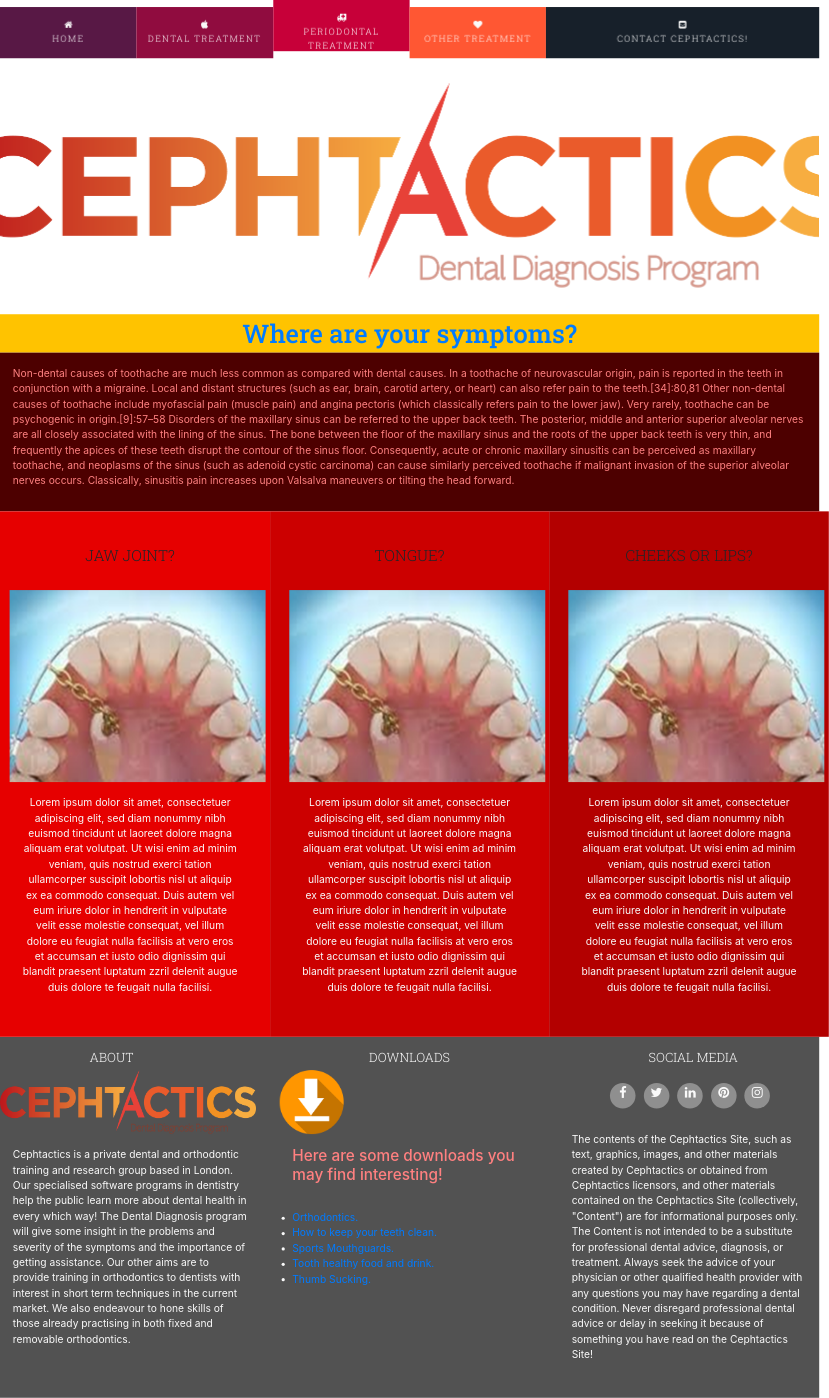
Repository: Code-Institute-Submissions/Rajjabbal-milestone-project
Page: 3other.html
The author's editor kept a record of every edit. The page is drawn from the files as they stood at one moment, then again after the next edit.
The browser window is 1280 px wide. The page is 1295 px wide, so the pictures cover 1295 px, including what lies to the right of the window. The pictures show the whole page, at 64% of full size.
Some web libraries are served in a nearby version.

Above is the page before.

### 3other.html
<!DOCTYPE html>
<html lang="en">

<head>
    <meta charset="UTF-8">
    <meta name="viewport" content="width=device-width, initial-scale=1.0">
    <meta http-equiv="X-UA-Compatible" content="ie=edge">
    <link rel="stylesheet" href="https://stackpath.bootstrapcdn.com/bootstrap/4.2.1/css/bootstrap.min.css" type="text/css" />
    <link rel="stylesheet" href="https://stackpath.bootstrapcdn.com/font-awesome/4.7.0/css/font-awesome.min.css" type="text/css" />
    <link rel="stylesheet" href="assets/css/style.css" type="text/css" />
    <link rel="stylesheet" href="https://cdnjs.cloudflare.com/ajax/libs/hover.css/2.3.1/css/hover-min.css" type="text/css" />
    <title>Milestone Project 1</title>
</head>

<body>
    <header>
        <div class="row no-gutters">
            <div class="col-md-12">
                <ul id="nav" class="list-inline menucontainer">
                    <li class="col-sm-2 ui-menu-color-home list-inline-item menuitem">
                        <a href="#" class="hvr-sweep-to-bottom"><i class="fa fa-home" aria-hidden="true"></i><span>Home</span>
                        </a>
                    </li>
                    <li class="col-sm-2 ui-menu-color-dental list-inline-item menuitem">
                        <a href="#" class="hvr-sweep-to-bottom"><i class="fa fa-apple" aria-hidden="true"></i><span>Dental Treatment</span>
                        </a>
                    </li>
                    <li class="col-sm-2 ui-menu-color-periodontal list-inline-item menuitem">
                        <a href="#" class="hvr-sweep-to-bottom"><i class="fa fa-ambulance" aria-hidden="true"></i><span>Periodontal Treatment</span>
                        </a>
                    </li>
                    <li class="col-sm-2 ui-menu-color-other list-inline-item menuitem">
                        <a href="#" class="hvr-sweep-to-bottom"><i class="fa fa-heart" aria-hidden="true"></i><span>Other Treatment</span>
                        </a>
                    </li>
                    <li class="col-sm-4 ui-menu-color-contact list-inline-item menuitem">
                        <a href="#" class="hvr-sweep-to-bottom"><i class="fa fa-envelope-square" aria-hidden="true"></i><span>Contact Cephtactics!</span>
                        </a>
                    </li>
                </ul>
            </div>
        </div>
        <div class="row no-gutters">
            <a href="index.html" class="col-md-12 logo"></a>
        </div>
        <div class="row no-gutters bg-color-question">
            <div class="col-md-12 question">
                <a href="question"> Where are your symptoms?</a>
            </div>
        </div>

    </header>

    <section class="container-fluid">
        <div class="blurb">
            <p>Non-dental causes of toothache are much less common as compared with dental causes. In a toothache of neurovascular origin, pain is reported in the teeth in conjunction with a migraine. Local and distant structures (such as ear, brain, carotid
                artery, or heart) can also refer pain to the teeth.[34]:80,81 Other non-dental causes of toothache include myofascial pain (muscle pain) and angina pectoris (which classically refers pain to the lower jaw). Very rarely, toothache can be
                psychogenic in origin.[9]:57–58 Disorders of the maxillary sinus can be referred to the upper back teeth. The posterior, middle and anterior superior alveolar nerves are all closely associated with the lining of the sinus. The bone between
                the floor of the maxillary sinus and the roots of the upper back teeth is very thin, and frequently the apices of these teeth disrupt the contour of the sinus floor. Consequently, acute or chronic maxillary sinusitis can be perceived as
                maxillary toothache, and neoplasms of the sinus (such as adenoid cystic carcinoma) can cause similarly perceived toothache if malignant invasion of the superior alveolar nerves occurs. Classically, sinusitis pain increases
                upon Valsalva maneuvers or tilting the head forward.
            </p>
        </div>

        <div class="row">
            <div class="col-md-4 bg-color-dental section-column">
                <h4 class="section-heading uppercase">Jaw Joint?</h4>
                <img src="./assets/images/Image.png" alt="Italian Trulli" style="width:400px; height:300px;">
                <p class="inline-block">Lorem ipsum dolor sit amet, consectetuer adipiscing elit, sed diam nonummy nibh euismod tincidunt ut laoreet dolore magna aliquam erat volutpat. Ut wisi enim ad minim veniam, quis nostrud exerci tation ullamcorper suscipit lobortis nisl
                    ut aliquip ex ea commodo consequat. Duis autem vel eum iriure dolor in hendrerit in vulputate velit esse molestie consequat, vel illum dolore eu feugiat nulla facilisis at vero eros et accumsan et iusto odio dignissim qui blandit praesent
                    luptatum zzril delenit augue duis dolore te feugait nulla facilisi.</p>
            </div>
            <div class="col-md-4 bg-color-periodontal section-column">
                <h4 class="section-heading uppercase">Tongue?</h4>
                <img src="./assets/images/Image.png" alt="Italian Trulli" style="width:400px; height:300px;">
                <p class="inline-block">Lorem ipsum dolor sit amet, consectetuer adipiscing elit, sed diam nonummy nibh euismod tincidunt ut laoreet dolore magna aliquam erat volutpat. Ut wisi enim ad minim veniam, quis nostrud exerci tation ullamcorper suscipit lobortis nisl
                    ut aliquip ex ea commodo consequat. Duis autem vel eum iriure dolor in hendrerit in vulputate velit esse molestie consequat, vel illum dolore eu feugiat nulla facilisis at vero eros et accumsan et iusto odio dignissim qui blandit praesent
                    luptatum zzril delenit augue duis dolore te feugait nulla facilisi.</p>
            </div>
            <div class="col-md-4 bg-color-other section-column">
                <h4 class="section-heading uppercase">Cheeks or lips?</h4>
                <img src="./assets/images/Image.png" alt="Italian Trulli" style="width:400px; height:300px;">
                <p class="inline-block">Lorem ipsum dolor sit amet, consectetuer adipiscing elit, sed diam nonummy nibh euismod tincidunt ut laoreet dolore magna aliquam erat volutpat. Ut wisi enim ad minim veniam, quis nostrud exerci tation ullamcorper suscipit lobortis nisl
                    ut aliquip ex ea commodo consequat. Duis autem vel eum iriure dolor in hendrerit in vulputate velit esse molestie consequat, vel illum dolore eu feugiat nulla facilisis at vero eros et accumsan et iusto odio dignissim qui blandit praesent
                    luptatum zzril delenit augue duis dolore te feugait nulla facilisi.</p>
            </div>
        </div>

    </section>

    <footer class="container-fluid">
        <div class="row">
            <div class="col-sm-4">
                <h5 class="uppercase general-sub">About</h5>
                <img src="./assets/images/CEP-Logo DENTAL.png" alt="Italian Trulli" style="width:400px; height:100px;">
                <p class="inline-block">
                    Cephtactics is a private dental and orthodontic training and research group based in London. Our specialised software programs in dentistry help the public learn more about dental health in every which way! The Dental Diagnosis program will give some
                    insight in the problems and severity of the symptoms and the importance of getting assistance. Our other aims are to provide training in orthodontics to dentists with interest in short term techniques in the current market. We also
                    endeavour to hone skills of those already practising in both fixed and removable orthodontics.
                </p>
            </div>
            <div class="col-sm-4">
                <h5 class="uppercase general-sub">Downloads</h5>
                <img src="./assets/images/Download.jpg" alt="Italian Trulli" style="width:100px; height:100px;">
                <h4 class="download">Here are some downloads you may find interesting!
                </h4>
                <ul class="inline-block">
                    <li>
                        <a href="https://view.publitas.com/british-orthodontic-society/orthotreatmentfebruary2019/page/1" target="_blank" class="link1">
                        <span>Orthodontics.</span>
                    </a>
                    </li>
                    <li>
                        <a href="https://view.publitas.com/british-orthodontic-society/oralhealthmarch2019/page/1" target="_blank" class="link2">
                        <span>How to keep your teeth clean.</span>
                    </a>
                    </li>
                    <li>
                        <a href="https://view.publitas.com/british-orthodontic-society/mouthguardsmarch2019/page/1" target="_blank" class="link3">
                        <span>Sports Mouthguards.</span>
                    </a>
                    </li>
                    <li>
                        <a href="https://view.publitas.com/british-orthodontic-society/food-and-drinkmarch2019/page/1" target="_blank" class="link4">
                        <span>Tooth healthy food and drink.</span>
                    </a>
                    </li>
                    <li>
                        <a href="https://view.publitas.com/british-orthodontic-society/digitsmarch2019/page/1" target="_blank" class="link5">
                        <span>Thumb Sucking.</span>
                    </a>
                    </li>
                </ul>
            </div>
            <div class="col-sm-4">
                <h5 class="uppercase general-sub">Social Media</h5>
                <ul class="list-inline social-links">
                    <li class="list-inline-item">
                        <a target="_blank" href="#">
                            <i class="fa fa-facebook" aria-hidden="true"></i>
                            <span class="sr-only">Facebook</span>
                        </a>
                    </li>
                    <li class="list-inline-item">
                        <a target="_blank" href="#">
                            <i class="fa fa-twitter" aria-hidden="true"></i>
                            <span class="sr-only">Twitter</span>
                        </a>
                    </li>
                    <li class="list-inline-item">
                        <a target="_blank" href="#">
                            <i class="fa fa-linkedin" aria-hidden="true"></i>
                            <span class="sr-only">Linkedin</span>
                        </a>
                    </li>
                    <li class="list-inline-item">
                        <a target="_blank" href="#">
                            <i class="fa fa-pinterest" aria-hidden="true"></i>
                            <span class="sr-only">Pinterest</span>
                        </a>
                    </li>
                    <li class="list-inline-item">
                        <a target="_blank" href="#">
                            <i class="fa fa-instagram" aria-hidden="true"></i>
                            <span class="sr-only">Instagram</span>
                        </a>
                    </li>
                </ul>
                <p class="inline-block">The contents of the Cephtactics Site, such as text, graphics, images, and other materials created by Cephtactics or obtained from Cephtactics licensors, and other materials contained on the Cephtactics Site (collectively, "Content") are
                    for informational purposes only. The Content is not intended to be a substitute for professional dental advice, diagnosis, or treatment. Always seek the advice of your physician or other qualified health provider with any questions
                    you may have regarding a dental condition. Never disregard professional dental advice or delay in seeking it because of something you have read on the Cephtactics Site!</p>
            </div>

        </div>

    </footer>

</body>

</html>

### assets/css/style.css
@import url('https://fonts.googleapis.com/css?family=Roboto+Slab:100,200,300,400,500,600,700');

/*-----colors-----*/

.bg-color-question {
    background-color: #FFC300;

}

.ui-menu-color-home {
    background-color: RGB(88, 24, 69);
}

.ui-menu-color-dental {
    background-color: RGB(144, 12, 63);
}

.ui-menu-color-periodontal {
    background-color: RGB(199, 0, 57);
}

.ui-menu-color-other {
    background-color: RGB(255, 87, 51);
}

.ui-menu-color-contact {
    background-color: RGB(23, 32, 42);
}

.bg-color-dental {
    background-color: #e60000;
}
.bg-color-periodontal {
    background-color: #cc0000;
}
.bg-color-other {
    background-color: #b30000;
}

/*-----Special paddings/margins/text-----*/

h1,
h2,
h3,
h4 {
    margin: 0;
}

.uppercase {
    text-transform: uppercase;

}

.general-sub {
    font-family: "Roboto Slab", sans-serif;
    font-weight: 300;
    color: #fafafa;
    padding-left: 140px;
}

.inline-block {
    display: inline-block;
}

.row-table {
    display: table;
}

.section-column {
    display: table-cell;
    padding: 30px 30px;
    float: none;
}

.section-heading {
    font-family: "Roboto Slab", sans-serif;
    font-weight: 300;
    margin-top: 25px;
    margin-bottom: 40px;
}

/*-----heading-----*/

header {
    margin: 0px;
}


.list-inline-item {
    max-height: 80px;
    padding-top: 20px;


}

.menucontainer {
    font-size: 0;

}

#nav {
    margin: 0;
}

#nav li {
    font-size: 14px;
    font-family: "Roboto Slab", sans-serif;
    color: #DAF7A6;
    padding: 0px;
    margin: 0px;
}

.menuitem {
    height: 80px;
    text-align: center;


}

.menuitem a {
    width: 100%;
    text-decoration: none;
    color: #fff;

}

.menuitem a i {
    padding-top: 20px;
    display: block;
    color: #fafafa;

}

.menuitem span {
    display: block;
    width: 100%;
    padding-top: 5px;
    text-align: center;
    text-transform: uppercase;
    font-size: 14px;
    font-weight: 300;
    letter-spacing: 2px;

}



.logo {
    background: url("../images/CEP-Logo DENTAL.png");
    background-position: center;
    background-repeat: no-repeat;
    background-size: 1400px;
    min-height: 400px;
    padding: 0px;
    transition: all .5s ease-in-out;
    -moz-transition: all .5s ease-in-out;
    -webkit-transition: all .5s ease-in-out;
}

.picture {
    background: url("../images/BK.jpg");
    background-position: center;
    background-repeat: no-repeat;
    background-size: cover;
    min-height: 240px;
    transition: all .5s ease-in-out;
    -moz-transition: .5s ease-in-out;
    -webkit-transition: .5s ease-in-out;
}

.question {
    font-family: "Roboto Slab", sans-serif;
    font-weight: 500;
    font-size: 40px;
    margin: 0px;
    color: #ffffff;
    text-align: center;
}

/*-----hover.css-----*/

.hvr-sweep-to-bottom:before {
    background: rgba(0, 0, 0, 1);
    height: 80px;
    padding: 0px;
}

/*-----section-----*/

.container-fluid {
    padding-left: 0px;
    padding-right: 0px;
}

.blurb {
    background-color: #4d0000;
    min-height: 200px;
    padding: 20px;
    color: #ff8080;

}

.section-column {
    text-align: center
}

.form {
    padding: 50px;
}

.query-box {
    background-color: RGB(255, 87, 51);
}

#textboxid
{
    height:200px;
    width: 800px;

}

/*-----footer-----*/

footer {
    padding: 20px;
    background-color: #525252;
    color: #fafafa;
    min-height: 180px;
    margin: 0;
}

.cephtactics {
    padding-left: 20px;
}

.inline-block {
    padding: 20px;
    color: #fafafa;
}

.download {
    padding: 20px;
    color: #ff8080;
}

.download-pic {
    padding-left: 150px;
}

.social-links {
    padding-top: 0px;
    padding-left: 80px;
}

.social-links li a i {
    width: 40px;
    height: 40px;
    padding: 12px 0;
    border-radius: 50%;
    font-size: 20px;
    line-height: 7px;
    text-align: center;
    color: #fafafa;
    background: #8f8f8f;
    transition: all 0.35s ease-in-out;
    -moz-transition: all 0.35s ease-in-out;
    -webkit-transition: all 0.35s ease-in-out;
    -o-transition: all 0.35s ease-in-out;
}

.social-links li a i:hover {
    background: #e84610;
}

#footer-details {
    padding: 20px;
}

After the next edit:
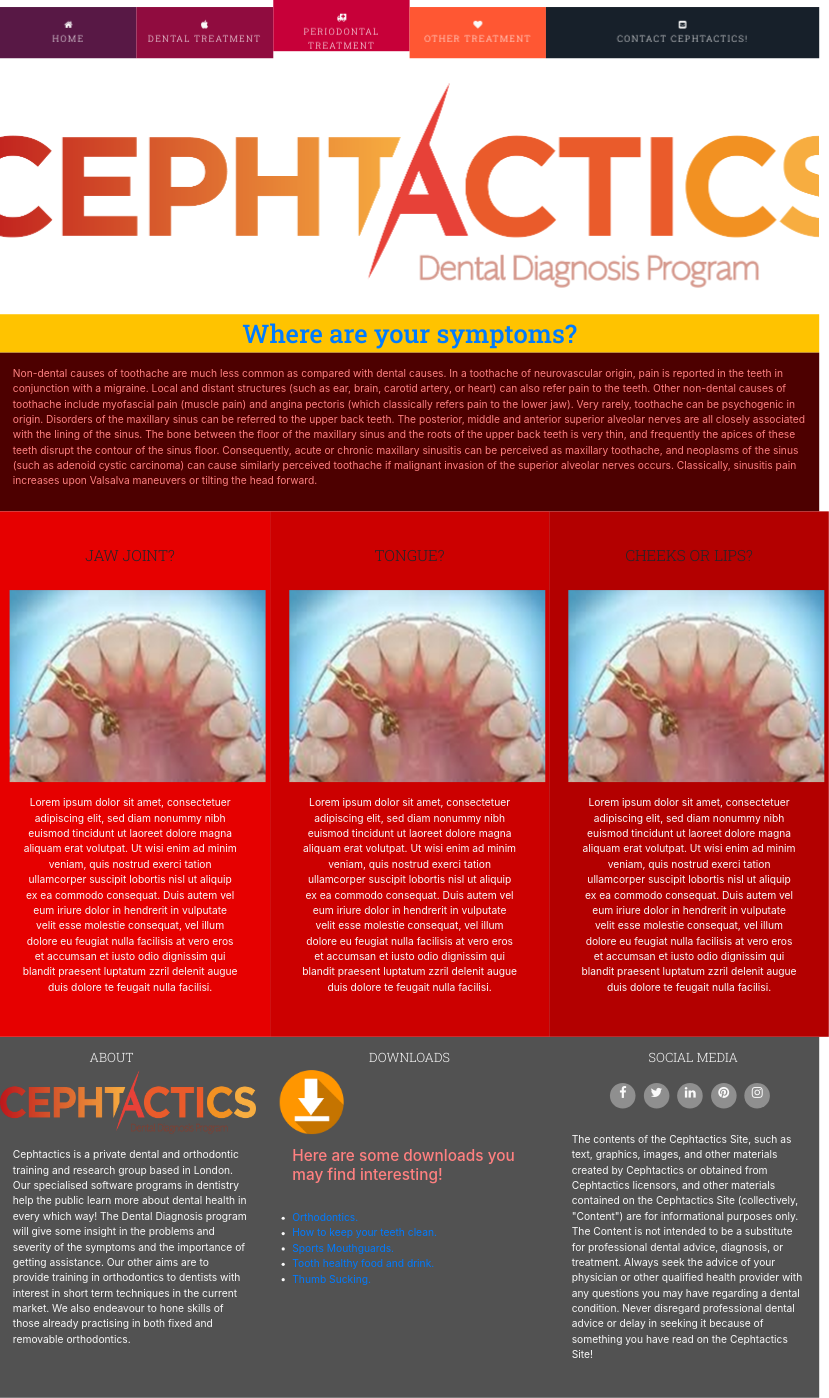
The edit:
--- a/3other.html
+++ b/3other.html
@@ -54,8 +54,8 @@
     <section class="container-fluid">
         <div class="blurb">
             <p>Non-dental causes of toothache are much less common as compared with dental causes. In a toothache of neurovascular origin, pain is reported in the teeth in conjunction with a migraine. Local and distant structures (such as ear, brain, carotid
-                artery, or heart) can also refer pain to the teeth.[34]:80,81 Other non-dental causes of toothache include myofascial pain (muscle pain) and angina pectoris (which classically refers pain to the lower jaw). Very rarely, toothache can be
-                psychogenic in origin.[9]:57–58 Disorders of the maxillary sinus can be referred to the upper back teeth. The posterior, middle and anterior superior alveolar nerves are all closely associated with the lining of the sinus. The bone between
+                artery, or heart) can also refer pain to the teeth. Other non-dental causes of toothache include myofascial pain (muscle pain) and angina pectoris (which classically refers pain to the lower jaw). Very rarely, toothache can be
+                psychogenic in origin. Disorders of the maxillary sinus can be referred to the upper back teeth. The posterior, middle and anterior superior alveolar nerves are all closely associated with the lining of the sinus. The bone between
                 the floor of the maxillary sinus and the roots of the upper back teeth is very thin, and frequently the apices of these teeth disrupt the contour of the sinus floor. Consequently, acute or chronic maxillary sinusitis can be perceived as
                 maxillary toothache, and neoplasms of the sinus (such as adenoid cystic carcinoma) can cause similarly perceived toothache if malignant invasion of the superior alveolar nerves occurs. Classically, sinusitis pain increases
                 upon Valsalva maneuvers or tilting the head forward.
